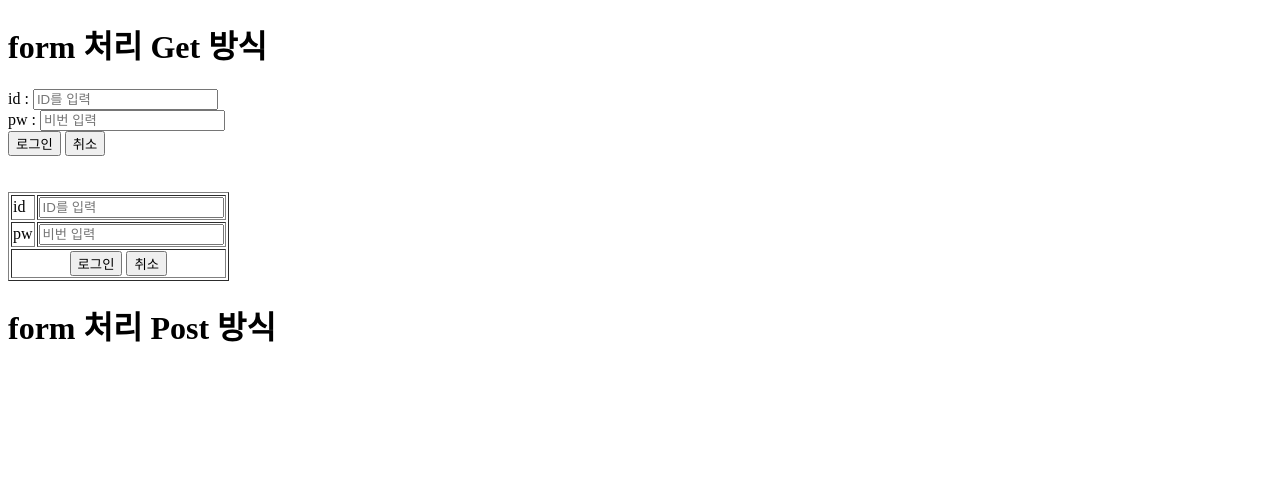
Repository: ssleap/multicampusIoT
Page: workspace190520/edu1/WebContent/login.html
The author's editor kept a copy of each file at every save. The page is drawn from the files as they stood at one save, then again after the next save.
The browser window is 1280 px wide. The pictures show the whole page.

Above is the page before, as saved 2019-05-22 02:10:07.

### workspace190520/edu1/WebContent/login.html
<!DOCTYPE html>
<html>
<head>
<meta charset="UTF-8">
<meta name = "viewport" content ="width=device-width, initial-scale=1">
<title>Insert title here</title>
</head>
<body>


	<h1> form 처리 Get 방식</h1>

	<form action="process.html" method ="get">

		id : <input
		type = "text"
		name = "id"
		value = ""
		placeholder = "ID를 입력">
		<br>

		pw : <input
		type = "text"
		name = "password"
		value = ""
		placeholder = "비번 입력"><br>

		<input
		type = "submit"
		value = "로그인">
		<input
		type = "reset"
		value = "취소">
	</form>

	<br><br>

	<form action="process.jsp" method ="get">
	<table border = "1">

		<tr> <td>id</td> <td><input
			type = "text"
			name = "id"
			value = ""
			placeholder = "ID를 입력"></td> </tr>
		<tr> <td>pw</td> <td><input
			type = "text"
			name = "password"
			value = ""
			placeholder = "비번 입력"></td> </tr>
		<tr>
			<td colspan = "2" align = "center">
				<input
				type = "submit"
				value = "로그인">
				<input
				type = "reset"
				value = "취소">
			</td>
		</tr>


	</table>
	</form>
	<h1> form 처리 Post 방식</h1>


</body>
</html>

After the next save:
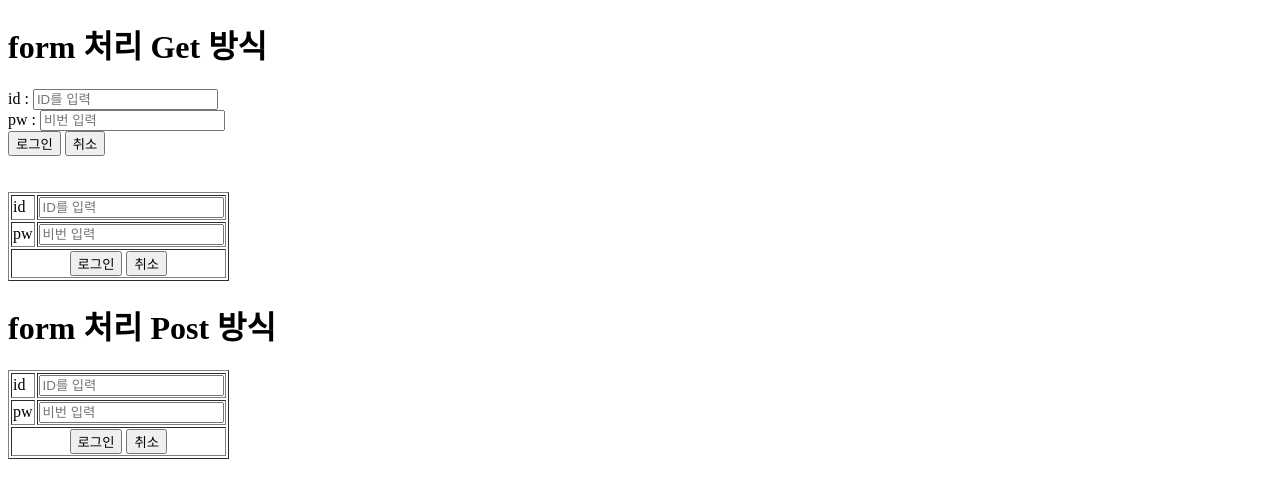
Saved 47 s later.
--- a/workspace190520/edu1/WebContent/login.html
+++ b/workspace190520/edu1/WebContent/login.html
@@ -64,6 +64,34 @@
 	</form>
 	<h1> form 처리 Post 방식</h1>
 
+	<form action="process.jsp" method ="post">
+	<table border = "1">
+
+		<tr> <td>id</td> <td><input
+			type = "text"
+			name = "id"
+			value = ""
+			placeholder = "ID를 입력"></td> </tr>
+		<tr> <td>pw</td> <td><input
+			type = "text"
+			name = "password"
+			value = ""
+			placeholder = "비번 입력"></td> </tr>
+		<tr>
+			<td colspan = "2" align = "center">
+				<input
+				type = "submit"
+				value = "로그인">
+				<input
+				type = "reset"
+				value = "취소">
+			</td>
+		</tr>
+
+
+	</table>
+	</form>
+
 
 </body>
 </html>
